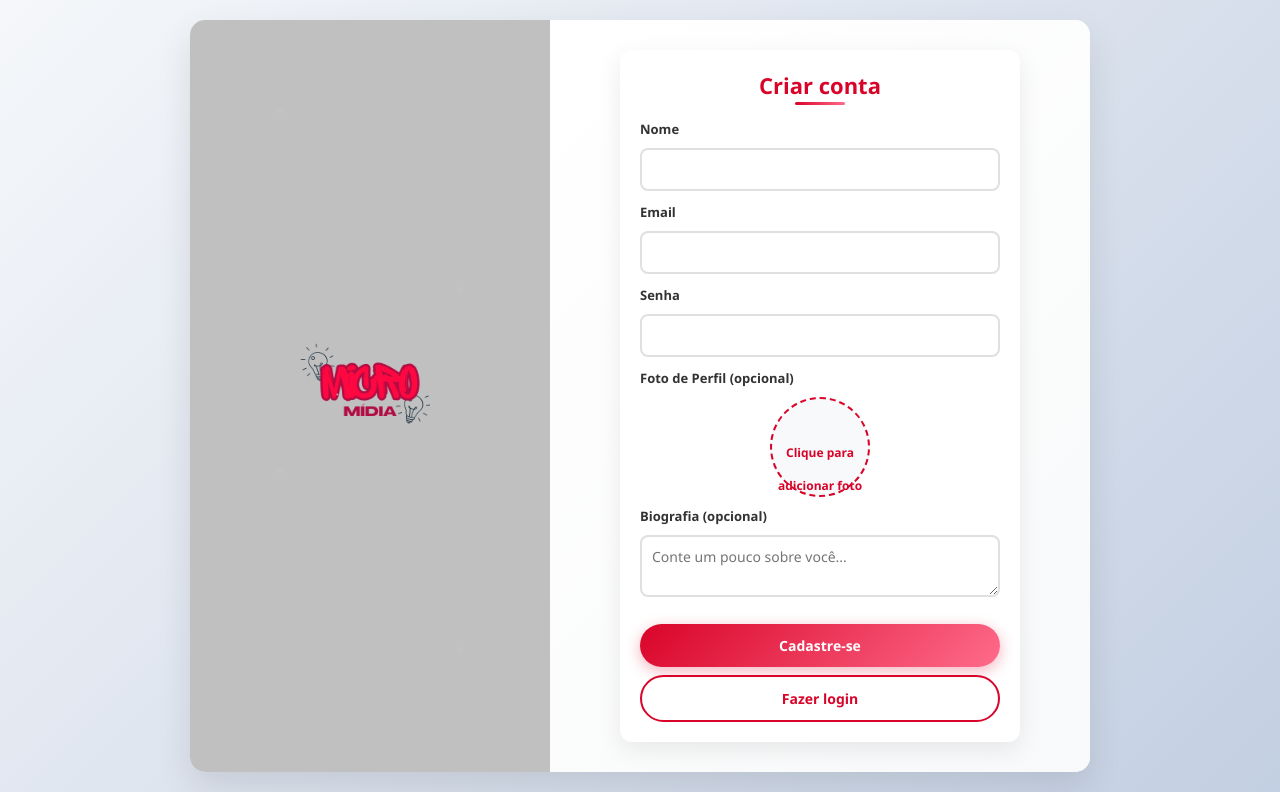
Repository: annaluizapm/MicroMidia
Page: front/HTML/cadastro.html
The author's editor kept a copy of each file at every save. The page is drawn from the files as they stood at one save, then again after a run of saves.
The browser window is 1280 px wide. The pictures show the whole page.

Above is the page before, as saved 2025-10-20 08:44:19.

### front/HTML/cadastro.html
<!DOCTYPE html>
<html lang="pt-BR">
<head>
    <meta charset="UTF-8">
    <meta name="viewport" content="width=device-width, initial-scale=1.0">
    <title>Cadastro - Micro Mídia</title>
    <link rel="stylesheet" href="../CSS/logincadastro.css">
</head>
<body>
    <div class="container">
        <div class="left">
            <img src="../assets/Logo.png" alt="Micro Mídia">
        </div>
        <div class="right">
            <div class="login-box">
                <h2>Criar conta</h2>
                <form id="cadastroForm">
                    <label for="nome">Nome</label>
                    <input type="text" id="nome" name="nome" required>

                    <label for="email">Email</label>
                    <input type="email" id="email" name="email" required>

                    <label for="senha">Senha</label>
                    <input type="password" id="senha" name="senha" required>

                    <label for="foto_perfil">Foto de Perfil (opcional)</label>
                    <div class="foto-upload-container">
                        <input type="file" id="foto_perfil" name="foto_perfil" accept="image/*" style="display: none;">
                        <div class="foto-preview" id="foto-preview" onclick="document.getElementById('foto_perfil').click()">
                            <div class="foto-placeholder">
                                <br><span style="font-size: 12px;">Clique para adicionar foto</span>
                            </div>
                        </div>
                    </div>

                    <label for="bio">Biografia (opcional)</label>
                    <textarea id="bio" name="bio" placeholder="Conte um pouco sobre você..."></textarea>

                    <button type="submit" class="btn-primary">Cadastre-se</button>
                    <button type="button" class="btn-secondary" onclick="window.location.href='login.html'">Fazer login</button>
                </form>
            </div>
        </div>
    </div>

    <script src="../JS/script.js"></script>
    <script>
        // Manipular preview da foto no cadastro
        document.getElementById('foto_perfil').addEventListener('change', function(event) {
            const file = event.target.files[0];
            if (file) {
                if (file.size > 5 * 1024 * 1024) {
                    alert('A imagem deve ter no máximo 5MB');
                    return;
                }

                if (!file.type.startsWith('image/')) {
                    alert('Apenas arquivos de imagem são permitidos');
                    return;
                }

                const reader = new FileReader();
                reader.onload = function(e) {
                    const preview = document.getElementById('foto-preview');
                    preview.innerHTML = `<img src="${e.target.result}" style="width: 100%; height: 100%; object-fit: cover; border-radius: 50%;" alt="Preview da foto">`;
                };
                reader.readAsDataURL(file);
            }
        });
    </script>
</body>
</html>

### front/CSS/logincadastro.css
* {
    margin: 0;
    padding: 0;
    box-sizing: border-box;
    font-family: 'Segoe UI', Tahoma, Geneva, Verdana, sans-serif;
}

body {
    display: flex;
    justify-content: center;
    align-items: center;
    min-height: 100vh;
    background: linear-gradient(135deg, #f5f7fa 0%, #c3cfe2 100%);
    padding: 20px;
}

.container {
    display: flex;
    width: 100%;
    max-width: 900px;
    min-height: 600px;
    background: white;
    box-shadow: 0 15px 35px rgba(0, 0, 0, 0.1);
    border-radius: 15px;
    overflow: hidden;
    animation: fadeInUp 0.8s ease;
}

@keyframes fadeInUp {
    from {
        opacity: 0;
        transform: translateY(30px);
    }
    to {
        opacity: 1;
        transform: translateY(0);
    }
}

.left {
    width: 40%;
    background: linear-gradient(135deg, #C0C0C0 0%, #C0C0C0 100%);
    display: flex;
    justify-content: center;
    align-items: center;
    position: relative;
}

.left::before {
    content: '';
    position: absolute;
    top: 0;
    left: 0;
    right: 0;
    bottom: 0;
    background: url('data:[embedded picture, 358 characters]');
    opacity: 0.3;
}

.left img {
    width: 75%;
    max-width: 200px;
    position: relative;
    z-index: 1;
    transition: transform 0.3s ease;
}

.left img:hover {
    transform: scale(1.05);
}

.right {
    width: 60%;
    display: flex;
    justify-content: center;
    align-items: center;
    background: linear-gradient(135deg, #ffffff 0%, #f8f9fa 100%);
    padding: 30px 20px;
    overflow-y: auto;
}

.login-box {
    width: 100%;
    max-width: 400px;
    padding: 20px;
    text-align: center;
    border-radius: 12px;
    box-shadow: 0 8px 25px rgba(0, 0, 0, 0.08);
    background: white;
}

h2 {
    color: #D90429;
    margin-bottom: 20px;
    font-size: 22px;
    position: relative;
}

h2::after {
    content: '';
    position: absolute;
    bottom: -5px;
    left: 50%;
    transform: translateX(-50%);
    width: 50px;
    height: 3px;
    background: linear-gradient(90deg, #D90429, #ff6b8a);
    border-radius: 2px;
}

label {
    display: block;
    text-align: left;
    margin-bottom: 5px;
    color: #333;
    font-weight: 600;
    font-size: 13px;
}

input, textarea {
    width: 100%;
    padding: 10px;
    margin: 5px 0 12px 0;
    border: 2px solid #e0e0e0;
    border-radius: 8px;
    font-size: 14px;
    transition: all 0.3s ease;
    box-sizing: border-box;
}

input:focus, textarea:focus {
    outline: none;
    border-color: #D90429;
    box-shadow: 0 0 0 3px rgba(217, 4, 41, 0.1);
    transform: translateY(-2px);
}

textarea {
    resize: vertical;
    min-height: 60px;
}

.btn-primary {
    width: 100%;
    padding: 12px;
    background: linear-gradient(135deg, #D90429 0%, #ff6b8a 100%);
    color: white;
    border: none;
    border-radius: 25px;
    cursor: pointer;
    margin-top: 10px;
    font-weight: 600;
    font-size: 14px;
    transition: all 0.3s ease;
    box-shadow: 0 4px 15px rgba(217, 4, 41, 0.3);
}

.btn-primary:hover {
    transform: translateY(-2px);
    box-shadow: 0 6px 20px rgba(217, 4, 41, 0.4);
}

.btn-secondary {
    width: 100%;
    padding: 12px;
    background: white;
    color: #D90429;
    border: 2px solid #D90429;
    border-radius: 25px;
    cursor: pointer;
    margin-top: 8px;
    font-weight: 600;
    font-size: 14px;
    transition: all 0.3s ease;
}

.btn-secondary:hover {
    background: linear-gradient(135deg, #D90429 0%, #ff6b8a 100%);
    color: white;
    transform: translateY(-2px);
    box-shadow: 0 4px 15px rgba(217, 4, 41, 0.3);
}

/* Estilos para upload de foto */
.foto-upload-container {
    margin: 10px 0;
}

.foto-preview {
    width: 100px;
    height: 100px;
    border: 2px dashed #D90429;
    border-radius: 50%;
    display: flex;
    align-items: center;
    justify-content: center;
    margin: 0 auto;
    cursor: pointer;
    transition: all 0.3s ease;
    background: #f8f9fa;
}

.foto-preview:hover {
    border-color: #ff6b8a;
    background: #fff5f5;
    transform: scale(1.05);
}

.foto-placeholder {
    text-align: center;
    color: #D90429;
    font-size: 24px;
    font-weight: 600;
}

.foto-preview img {
    width: 96px;
    height: 96px;
    border-radius: 50%;
    object-fit: cover;
}

Loaded but not shown: front/JS/script.js (893 lines, source omitted)

After the next 2 saves:
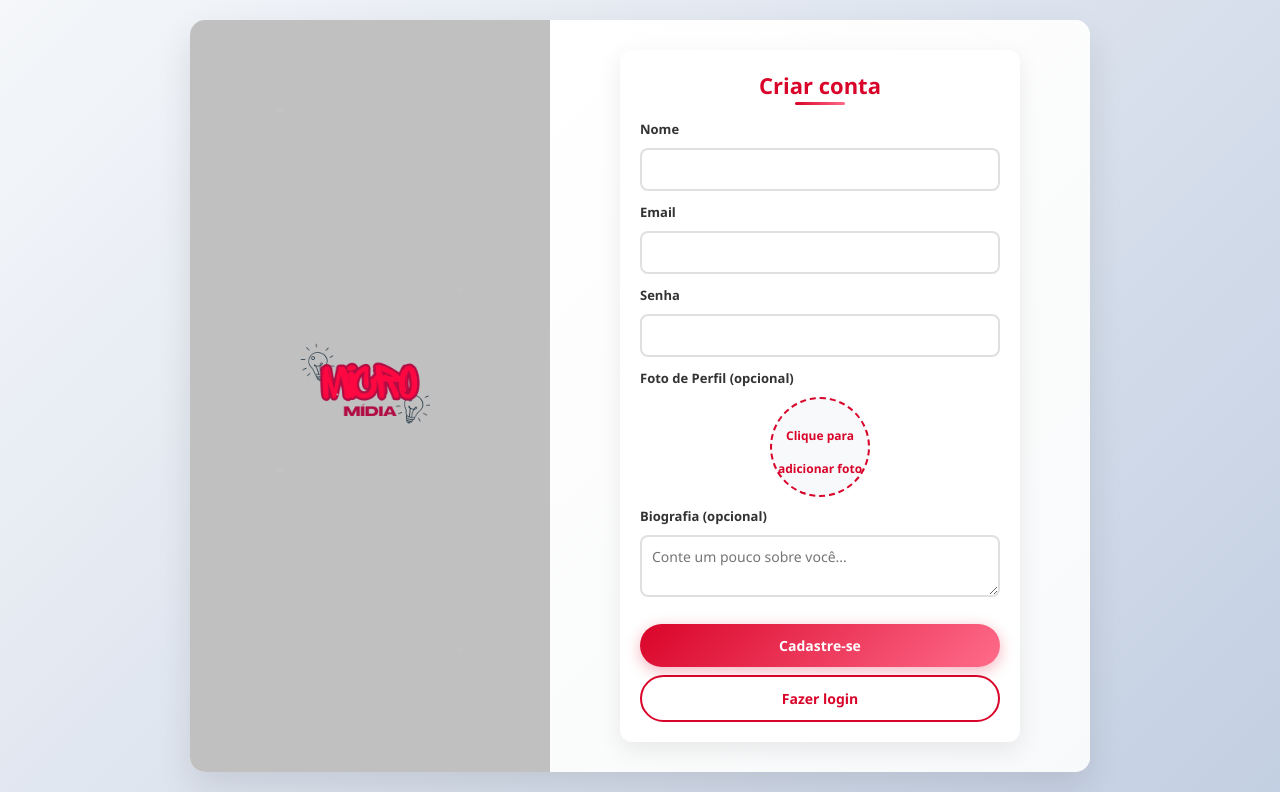
The 2 saves are shown as one change because they came seconds apart.
The last was saved 8 s later.
--- a/front/HTML/cadastro.html
+++ b/front/HTML/cadastro.html
@@ -29,7 +29,7 @@
                         <input type="file" id="foto_perfil" name="foto_perfil" accept="image/*" style="display: none;">
                         <div class="foto-preview" id="foto-preview" onclick="document.getElementById('foto_perfil').click()">
                             <div class="foto-placeholder">
-                                <br><span style="font-size: 12px;">Clique para adicionar foto</span>
+                                <span style="font-size: 12px;">Clique para adicionar foto</span>
                             </div>
                         </div>
                     </div>
